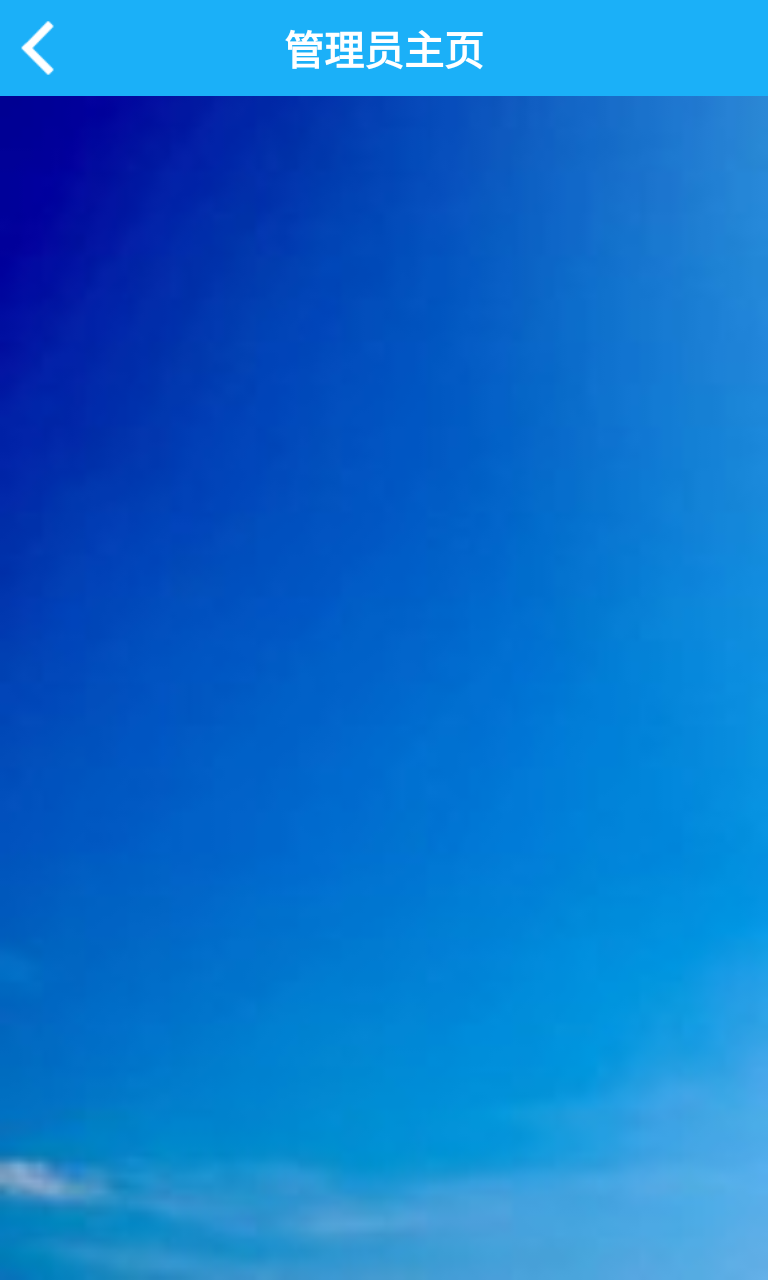
Repository: 15862175370/MyProject
Layout: 毕业设计系统源码_李伟/client/TeachSystem/res/layout/administrator_center.xml
The author's editor kept a copy of each file at every save. The layout is drawn from the files as they stood at one save, then again after the next save.
It is drawn on a 768 x 1280 px phone screen (xhdpi) without system bars, with theme AppTheme; the app's code is not run.

Above is the layout before, as saved 2016-05-20 07:58:21.

### 毕业设计系统源码_李伟/client/TeachSystem/res/layout/administrator_center.xml
<?xml version="1.0" encoding="utf-8"?>
<LinearLayout xmlns:android="http://schemas.android.com/apk/res/android"
    android:layout_width="match_parent"
    android:layout_height="match_parent"
    android:background="@drawable/ad"
    android:orientation="vertical" >
        <!-- 标题栏 -->

    <RelativeLayout
        android:id="@+id/bjmgf_sdk_dock_pay_center_title_LayoutId"
        android:layout_width="match_parent"
        android:layout_height="48dp"
        android:background="#1bb0f8" >

        <RelativeLayout
            android:id="@+id/bjmgf_sdk_dock_pay_center_closeLlId"
            android:layout_width="wrap_content"
            android:layout_height="wrap_content"
            android:layout_alignParentLeft="true"
            android:layout_centerVertical="true"
            android:paddingBottom="10dp"
            android:paddingLeft="10dp"
            android:paddingRight="20dp"
            android:paddingTop="10dp" >

            <ImageView
                android:id="@+id/bjmgf_sdk_closeAboutBtnId"
                android:layout_width="wrap_content"
                android:layout_height="wrap_content"
                android:layout_centerVertical="true"
                android:src="@drawable/bjmgf_sdk_back" />
        </RelativeLayout>

        <TextView
            android:id="@+id/bjmgf_sdk_messageTextViewId"
            android:layout_width="wrap_content"
            android:layout_height="wrap_content"
            android:layout_centerInParent="true"
            android:gravity="center"
            android:text="管理员主页"
            android:textColor="#ffffff"
            android:textSize="20sp"
            android:textStyle="bold" />
    </RelativeLayout>



</LinearLayout>

Loaded but not shown: 毕业设计系统源码_李伟/client/TeachSystem/res/values/styles.xml (common file); 毕业设计系统源码_李伟/client/TeachSystem/res/values-v11/styles.xml (common file); 毕业设计系统源码_李伟/client/TeachSystem/res/values-v14/styles.xml (common file)

After the next save:
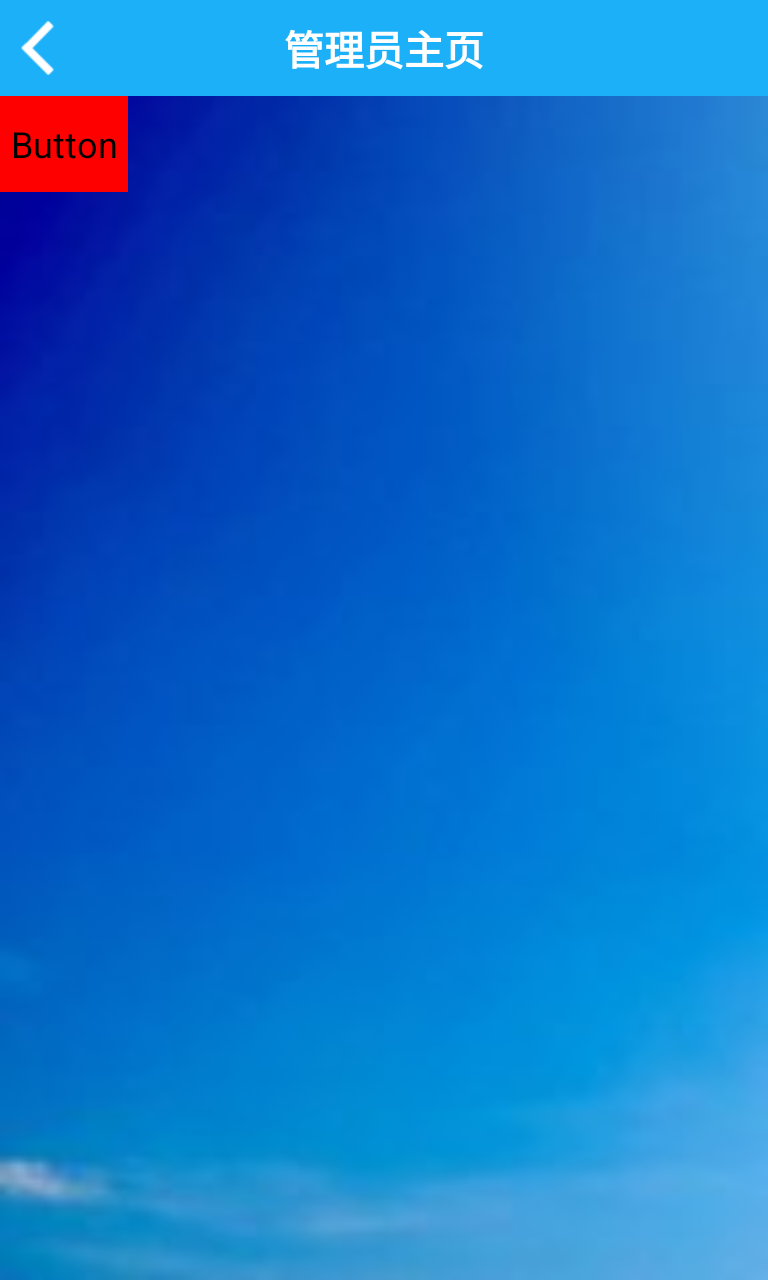
Saved 45 s later.
--- a/毕业设计系统源码_李伟/client/TeachSystem/res/layout/administrator_center.xml
+++ b/毕业设计系统源码_李伟/client/TeachSystem/res/layout/administrator_center.xml
@@ -43,6 +43,11 @@
             android:textStyle="bold" />
     </RelativeLayout>
 
-
+    <Button
+        android:background="#ff0000"
+        android:id="@+id/button1"
+        android:layout_width="wrap_content"
+        android:layout_height="wrap_content"
+        android:text="Button" />
 
 </LinearLayout>
